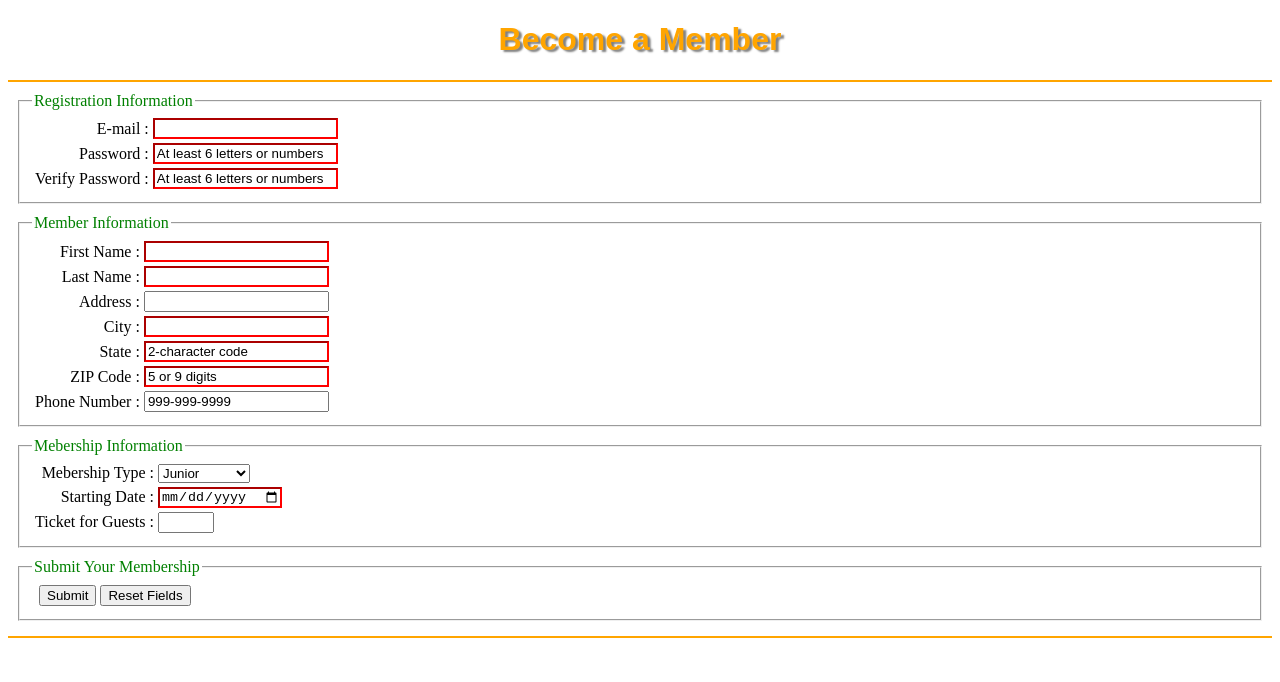
Repository: kjungyoun/Web_Study_2021
Page: homework_front/WebContent/0302/0302.html
These files come from the project's save history. The page is drawn as it stood at one moment and after the next save; the edit follows.
The browser window is 1280 px wide. The pictures show the whole page.
Some web fonts or font styles are not loaded; a fallback is used.

Above is the page before, as saved 2021-03-02 12:34:12.

### homework_front/WebContent/0302/0302.html
<!DOCTYPE html>
<html>
<head>
<meta charset="UTF-8">
<title>Become a Member</title>
<style type="text/css">
	fieldset {
	color: green
}
	table {
	color : black
	}
	h1 {
	font-family: "Arial Black", sans-serif;
	color:orange;
	text-shadow: 3px 2px 2px gray;
	}
</style>
</head>
<body>
<header>
	<h1 align="center">
		Become a Member
	</h1>
	<hr color="orange" size="2px">
</header>
<form action="index.html">
	<fieldset style="margin: 10px;">
		<legend>Registration Information</legend>
		<table>
			<tbody>
				<tr>
					<td align="right">
						<label for="userid">E-mail : </label>
					</td>
					<td align="left">
						<input type="email" id="email" name="email" style="border-color: red">
					</td>
				</tr>
				<tr>
					<td align="right">
					<label for="password">Password : </label>
					</td>
					<td align="left">
						<input type="text" id="psw" name="psw" value="At least 6 letters or numbers" style="border-color:red">
					</td>
				</tr>
				<tr>
					<td align="right">
						<label for="vpassword">Verify Password : </label>
					</td>
					<td align="left">
						<input type="text" id="vpwd" name="vpwd" value="At least 6 letters or numbers" style="border-color:red">
					</td>
				</tr>
			</tbody>
		</table>
	</fieldset>
	<fieldset style="margin:10px;">
		<legend>Member Information</legend>
		<table >
			<tbody>
				<tr>
					<td align="right">
						<label for="fname">First Name : </label>
					</td>
					<td align="left">
						<input type="text" id="fname" name="fname" style="border-color:red">
					</td>
				</tr>
				<tr>
					<td align="right">
					<label for="lname">Last Name : </label>
					</td>
					<td align="left">
						<input type="text" id="lname" name="lname" style="border-color:red">
					</td>
				</tr>
				<tr>
					<td align="right">
						<label for="address">Address : </label>
					</td>
					<td align="left">
						<input type="text" id="addr" name="addr">
					</td>
				</tr>
				<tr>
					<td align="right">
						<label for="city">City : </label>
					</td>
					<td align="left">
						<input type="text" id="city" name="city" style="border-color:red">
					</td>
				</tr>
				<tr>
					<td align="right">
						<label for="state">State : </label>
					</td>
					<td align="left">
						<input type="text" id="state" name="state" value="2-character code" style="border-color:red">
					</td>
				</tr>
				<tr>
					<td align="right">
						<label for="zip">ZIP Code : </label>
					</td>
					<td align="left">
						<input type="text" id="addr" name="addr" value="5 or 9 digits" style="border-color:red">
					</td>
				</tr>
				<tr>
					<td align="right">
						<label for="phone">Phone Number : </label>
					</td>
					<td align="left">
						<input type="tel" id="phone" name="phone" value="999-999-9999">
					</td>
				</tr>
			</tbody>
		</table>
	</fieldset>
	<fieldset style="margin:10px;">
		<legend>Mebership Information</legend>
		<table>
			<tr>
				<td align="right">
					<label for="type">Mebership Type : </label>
				</td>
				<td align="left">
					<select name="type" >
						<optgroup label="membership" >
							<option>Junior</option>
							<option>Senior</option>
							<option>Semi Pro</option>
							<option>Pro</option>
							<option>VIP</option>
						</optgroup>
					</select>
				</td>
			</tr>
			<tr>
				<td align="right">
					<label for="date">Starting Date : </label>
				</td>
				<td align="left">
					<input type="date" name="date" style="border-color:red">
				</td>
			</tr>
			<tr>
				<td align="right">
					<label for="guest">Ticket for Guests : </label>
				</td>
				<td align="left">
					<input type="number" min="0" max="30" name="guest">
				</td>
			</tr>
		</table>
	</fieldset>
	<fieldset style="margin:10px; margin-bottom: 15px">
		<legend>Submit Your Membership</legend>
		<table>
			<tr>
				<td></td>
				<td>
					<button type="submit">Submit</button>
					<button type="reset">Reset Fields</button>
				</td>
			</tr>
		</table>
	</fieldset>
</form>
<hr color="orange" size="2px">
</body>
</html>

After the next save:
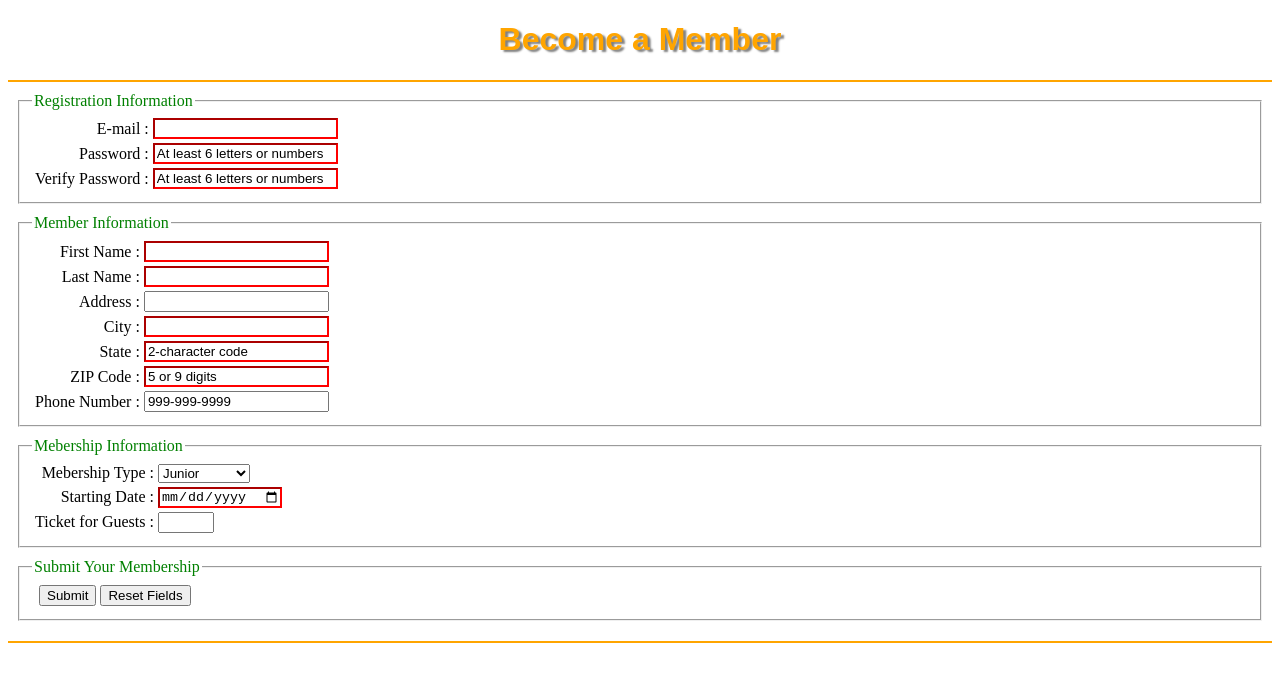
Saved 6 s later.
--- a/homework_front/WebContent/0302/0302.html
+++ b/homework_front/WebContent/0302/0302.html
@@ -156,7 +156,7 @@
 			</tr>
 		</table>
 	</fieldset>
-	<fieldset style="margin:10px; margin-bottom: 15px">
+	<fieldset style="margin:10px; margin-bottom: 20px">
 		<legend>Submit Your Membership</legend>
 		<table>
 			<tr>
